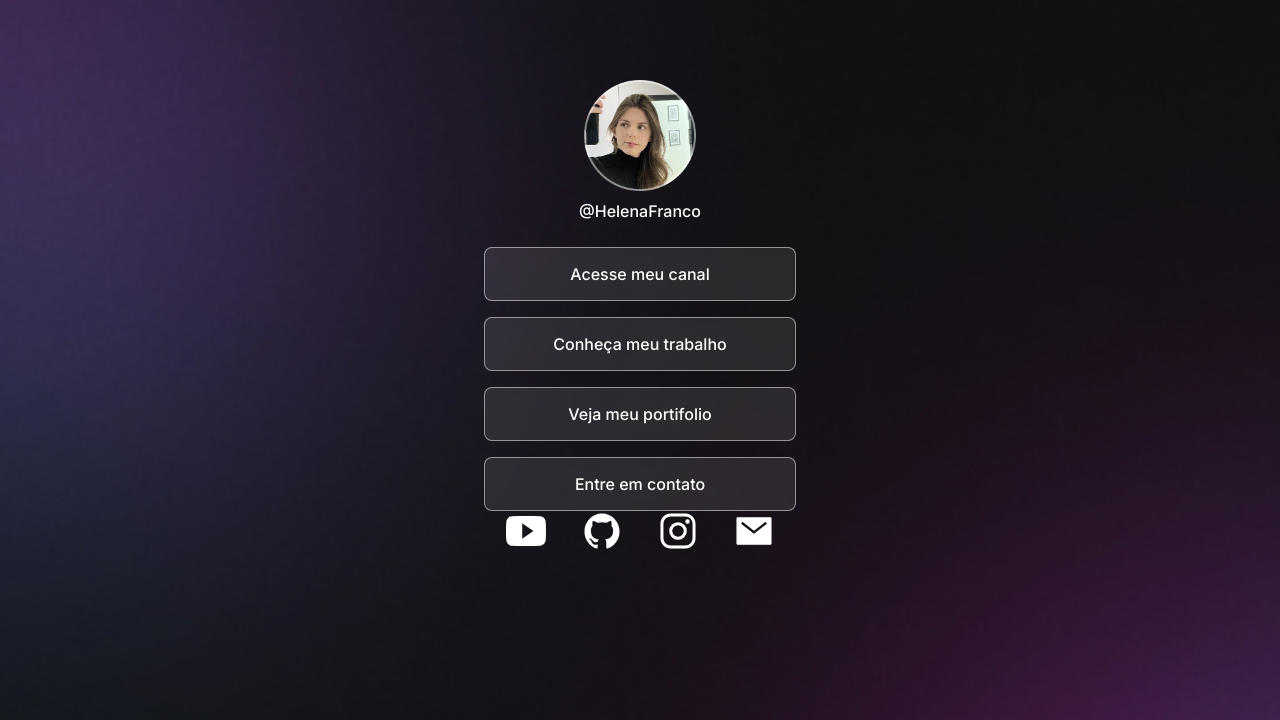
Repository: Fr4nc021/Pagina-de-links-
Page: index.html
These files come from the project's save history. The page is drawn as it stood at one moment and after the next save; the edit follows.
The browser window is 1280 px wide. The pictures show the whole page.

Above is the page before, as saved 2025-02-13 20:14:36.

### index.html
<!DOCTYPE html>
<html lang="pt-br">
<head>
    <link rel="preconnect" href="https://fonts.googleapis.com">
    <link rel="preconnect" href="https://fonts.gstatic.com" crossorigin>
    <link href="https://fonts.googleapis.com/css2?family=Inter:ital,opsz,wght@0,14..32,100..900;1,14..32,100..900&display=swap" rel="stylesheet">
    <meta charset="UTF-8">
    <meta name="viewport" content="width=device-width, initial-scale=1.0">
    <title>DevLinks</title>
    <link rel="stylesheet" href="style.css">
</head>
<body>
    <div id="container">
    <div id="profile">
    <img
        src="./assets/avatar.png"
        alt="Foto da Helena Franco sorrindo">
        <p>@HelenaFranco</p>
    </div>
    <div>
        <ul>
            <li>
                <a href="#" target="_blank">Acesse meu canal</a>
            </li>
            <li>
                <a href="#" target="_blank">Conheça meu trabalho</a>
            </li>
            <li>
                <a href="#" target="_blank">Veja meu portifolio</a>
            </li>
            <li>
                <a href="#" target="_blank">Entre em contato</a>
            </li>
        </ul>
    </div>
        <div id="social-links">
            <ion-icon name="logo-youtube"></ion-icon>
            <ion-icon name="logo-github"></ion-icon>
            <ion-icon name="logo-instagram"></ion-icon>
            <ion-icon name="mail-sharp"></ion-icon>
        </div>
    </div>
    <script
    type="module"
    src="https://unpkg.com/ionicons@7.1.0/dist/ionicons/ionicons.esm.js" ></script>
<script
nomodule
src = "https://unpkg.com/ionicons@7.1.0/dist/ionicons/ionicons.js" ></script>
</body>
</html>

### style.css
* {
    margin: 0%;
    padding: 0%;
    box-sizing: border-box;
}


body {
background: url(./assets/bg-mobile.jpg) no-repeat top center/cover;
}

body * {
        font-family: "Inter", sans-serif;
        color: #ffffff;
      }

#container {
    width: 360px;
    margin: 56px auto 0px;
    padding: 0 24px;
}

#profile img {
    width: 112px;
    display: block;
    margin: auto;

}

#profile {
    text-align: center;
    padding: 24px;
}

#profile p {
    font-weight: 500;
    line-height: 24px;
    margin-top: 8px;
}

/* Links */

ul{
    list-style: none;
    display: flex;
    flex-direction: column;
    gap: 16px;

}

ul li a {

        display: flex;
        align-items: center;
        justify-content: center;

        padding: 16px 24px;

        background: rgba(255, 255,255, 0.1);
        border: 1px solid rgba(255, 255, 255, 0.5);
        border-radius: 8px;

        -webkit-backdrop-filter: blur(4px);
        backdrop-filter: blur(4px);

        text-decoration: none;
        font-weight: 500;

        transition: background 0.2s;
    }

    /* pseudo-selector */

    ul li a:hover {
        background: rgba(255, 255, 255, 0.05);
        border: 1.5px solid white;
    }

    #social-links {
        display: flex;
        justify-content: center;
        gap: 36px;
        margin-top: 24px 0;
        font-size:40px;
    }

After the next save:
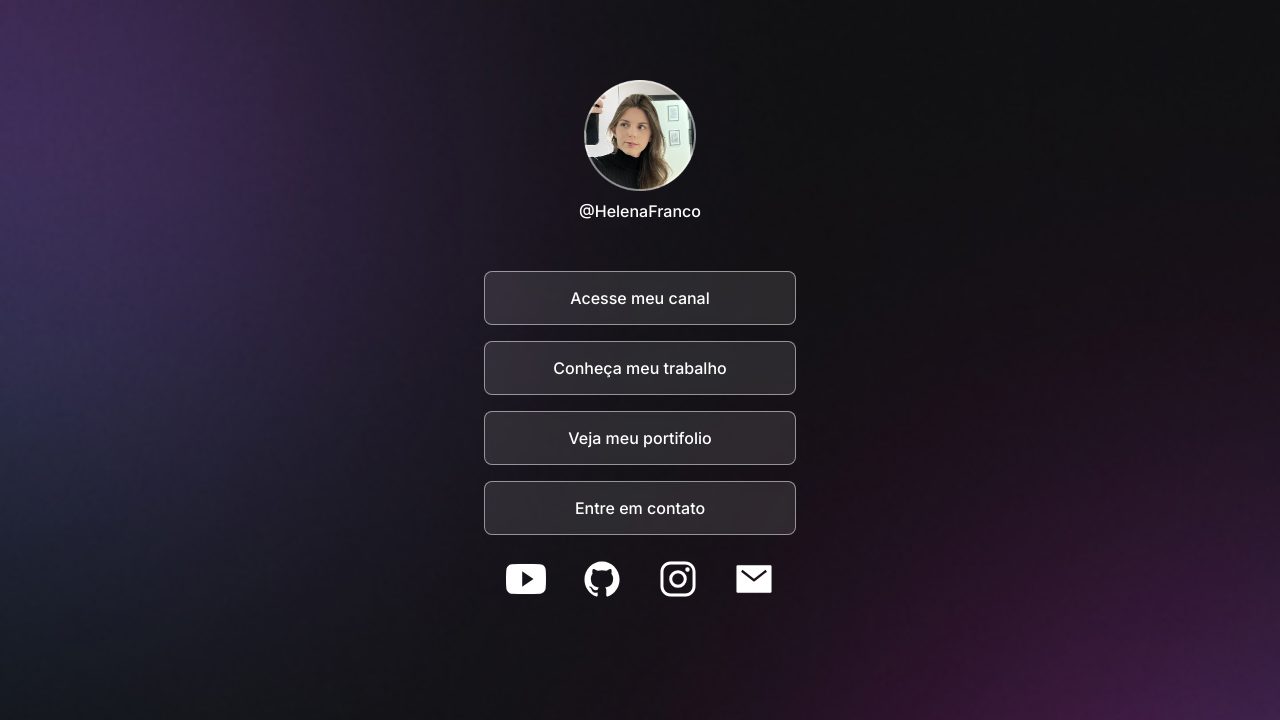
Saved 47 s later.
--- a/style.css
+++ b/style.css
@@ -46,6 +46,8 @@ ul{
     flex-direction: column;
     gap: 16px;
 
+    padding: 24px 0;
+
 }
 
 ul li a {
